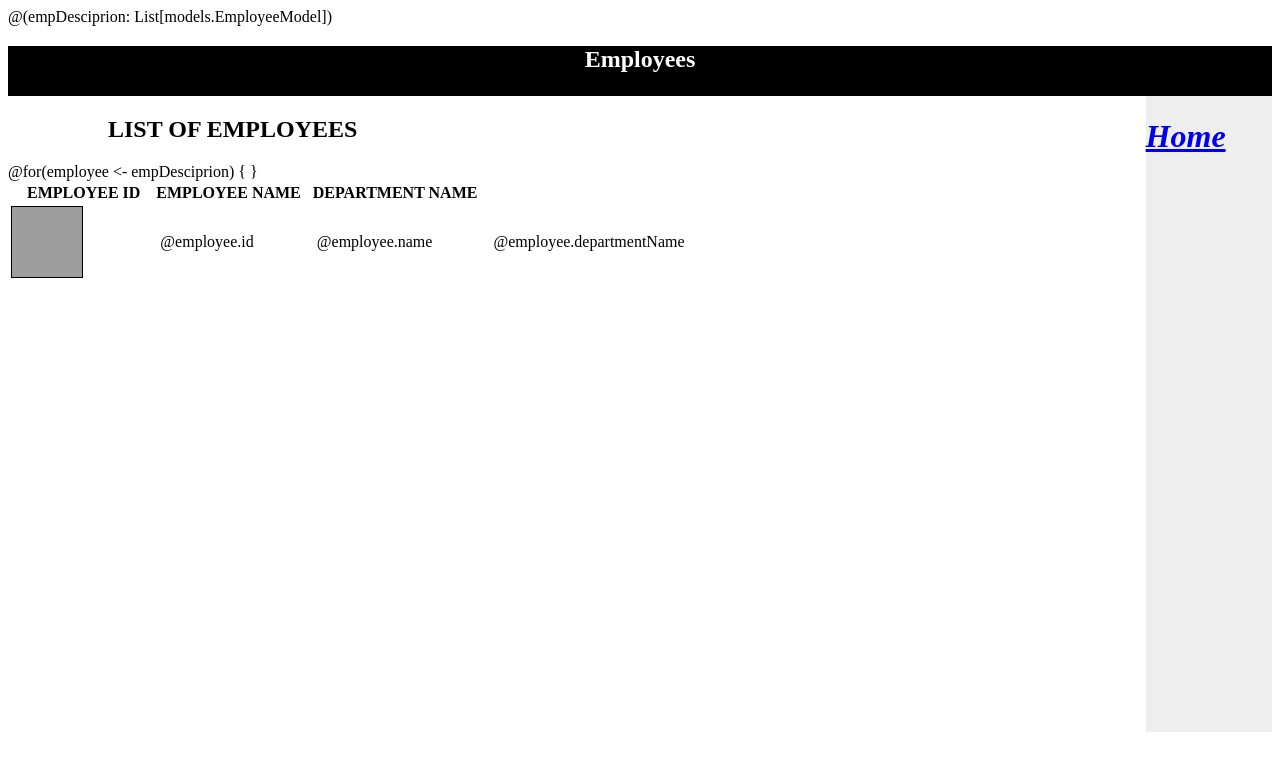
Repository: sumitkum200690/PLAY_SLICK
Page: Play_DB/app/views/employeeByIdDescription.scala.html
These files come from the project's save history. The page is drawn as it stood at one moment and after the next save; the edit follows.
The browser window is 1280 px wide. The pictures show the whole page.
Pictures or frames that could not be fetched are drawn as grey boxes.

Above is the page before, as saved 2015-09-25 13:27:27.

After the next save:
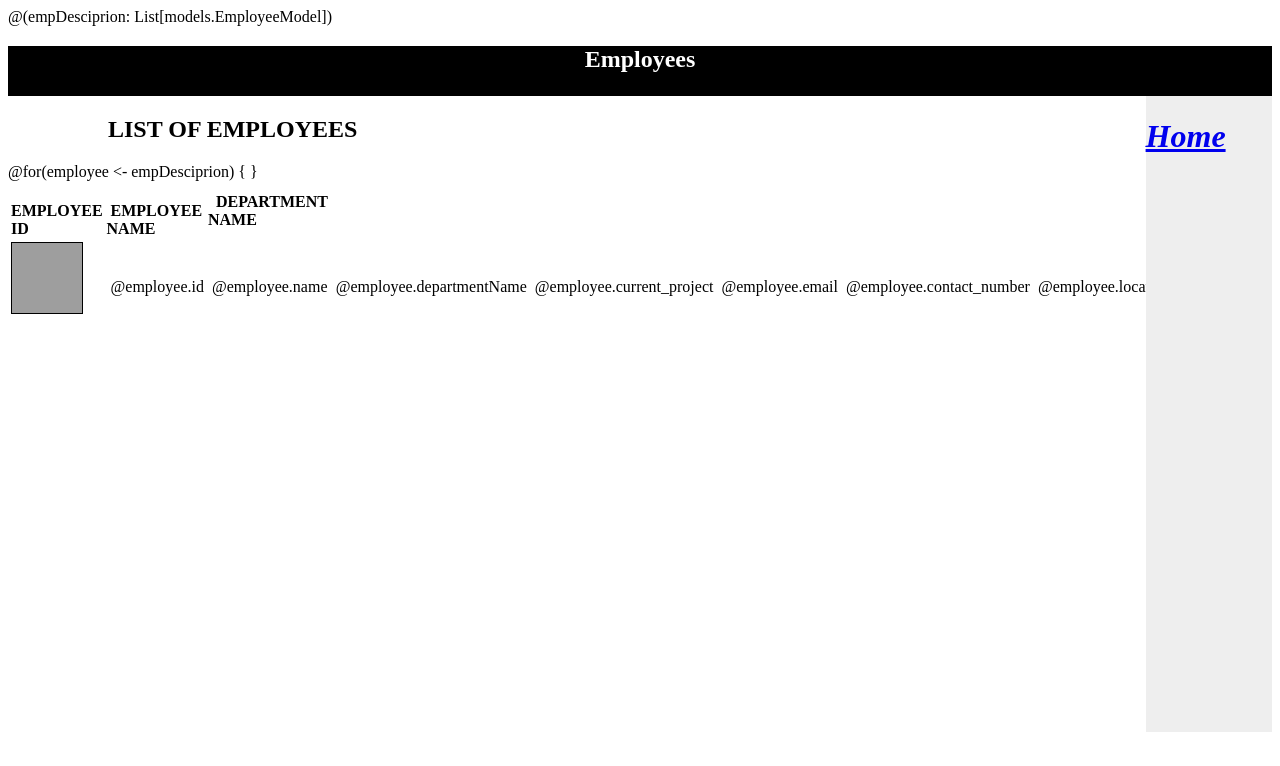
Saved 4 min 32 s later.
--- a/Play_DB/app/views/employeeByIdDescription.scala.html
+++ b/Play_DB/app/views/employeeByIdDescription.scala.html
@@ -127,7 +127,16 @@
 
 				<td><img src="/assets/images/@employee.id@(".png")" alt="alt text" height="70" width="70" border="1"/></td>
 
-				<td>&nbsp;&nbsp; &nbsp;@employee.id</td><td>&nbsp; &nbsp;@employee.name</td> <td>&nbsp; &nbsp;@employee.departmentName</td>
+				<td>&nbsp;&nbsp; &nbsp;@employee.id</td>
+				<td>&nbsp; &nbsp;@employee.name</td>
+				<td>&nbsp; &nbsp;@employee.departmentName</td>
+				<td>&nbsp; &nbsp;@employee.current_project</td>
+				<td>&nbsp; &nbsp;@employee.email</td>
+				<td>&nbsp; &nbsp;@employee.contact_number</td>
+				<td>&nbsp; &nbsp;@employee.location</td>
+
+
+
 
 				</tr>
 
